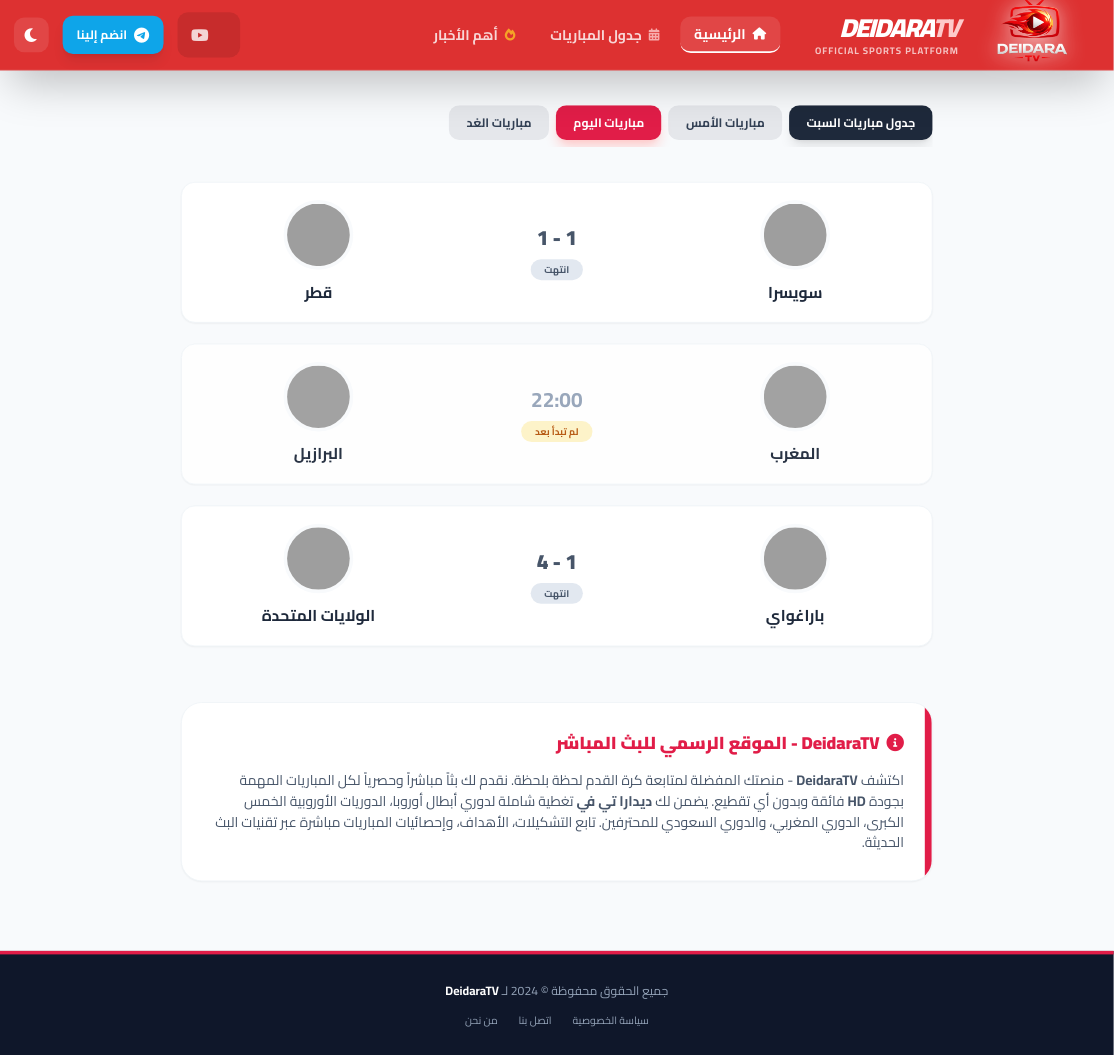
Repository: zakariax05/deidaraTV
Page: index.html
The author's editor kept a copy of each file at every save. The page is drawn from the files as they stood at one save, then again after the next save.
The browser window is 1280 px wide. The pictures show the whole page, at 87% of full size.
Pictures or frames that could not be fetched are drawn as grey boxes. Some web libraries are served in a nearby version.

Above is the page before, as saved 2026-06-14 02:22:12.

### index.html
<!DOCTYPE html>
<html lang="ar" dir="rtl">

<head>
  <meta charset="UTF-8">
  <meta name="viewport" content="width=device-width, initial-scale=1.0">
  <title>DeidaraTV - ديدارا تي في | بث مباشر للمباريات</title>
  <script src="https://cdn.tailwindcss.com"></script>
  <link href="https://cdnjs.cloudflare.com/ajax/libs/font-awesome/6.0.0/css/all.min.css" rel="stylesheet">
  <style>
    @import url('https://fonts.googleapis.com/css2?family=Cairo:wght@400;600;700;900&display=swap');

    body {
      font-family: 'Cairo', sans-serif;
      background-color: #f8fafc;
    }

    .match-card {
      transition: all 0.3s ease;
    }

    .match-card:hover {
      transform: scale(1.01);
      box-shadow: 0 10px 20px -5px rgba(0, 0, 0, 0.1);
    }

    .bg-red-primary {
      background-color: #e11d48;
    }

    .text-red-primary {
      color: #e11d48;
    }

    .border-red-primary {
      border-color: #e11d48;
    }
  </style>
</head>

<body class="text-slate-800">

  <!-- Header / الهيدر -->
  <!-- الهيدر المطور للرئيسية - DeidaraTV -->
  <header
    class="bg-red-600 text-white shadow-2xl sticky top-0 z-[100] backdrop-blur-md bg-opacity-95 border-b border-white/10">
    <div class="container mx-auto px-4">
      <div class="flex justify-between items-center h-16 md:h-20">

        <!-- القسم الأيمن: الشعار والقائمة -->
        <div class="flex items-center gap-6 md:gap-10">
          <!-- اللوجو مع ميزة إعادة التحميل -->
          <div onclick="window.location.reload()"
            class="flex items-center gap-3 cursor-pointer group select-none transition-transform active:scale-95">
            <img src="imgs/logo-deidaratv.png" alt="DeidaraTV Logo"
              class="h-16 md:h-[150px] w-auto object-contain group-hover:brightness-110 transition-all"
              style="filter: drop-shadow(0px 0px 12px rgba(255, 255, 255, 0.9));">
            <div class="flex flex-col">
              <h1 class="text-xl md:text-3xl font-black italic tracking-tighter uppercase leading-none">
                Deidara<span class="text-red-200">TV</span>
              </h1>
              <span class="text-[9px] md:text-[11px] font-bold opacity-70 tracking-widest uppercase">Official
                Sports Platform</span>
            </div>
          </div>

          <!-- الروابط الأساسية (تظهر في الشاشات الكبيرة) -->
          <nav class="hidden lg:flex items-center gap-2">
            <a href="#"
              class="flex items-center gap-2 px-4 py-2 rounded-xl bg-white/10 hover:bg-white/20 transition-all font-bold border-b-2 border-white">
              <i class="fas fa-home text-sm"></i> الرئيسية
            </a>
            <a href="#"
              class="flex items-center gap-2 px-4 py-2 rounded-xl hover:bg-white/10 transition-all font-bold opacity-80 hover:opacity-100">
              <i class="fas fa-calendar-alt text-sm text-red-200"></i> جدول المباريات
            </a>
            <a href="#"
              class="flex items-center gap-2 px-4 py-2 rounded-xl hover:bg-white/10 transition-all font-bold opacity-80 hover:opacity-100">
              <i class="fas fa-fire text-sm text-amber-400"></i> أهم الأخبار
            </a>
          </nav>
        </div>

        <!-- القسم الأيسر: أيقونات التواصل والأدوات -->
        <div class="flex items-center gap-2 md:gap-4">

          <!-- أيقونات التواصل الاجتماعي بتنسيق أرقى -->
          <div class="hidden sm:flex items-center bg-black/10 rounded-xl px-2 py-1 gap-1">
            <a href="#" class="p-2 hover:bg-white/10 rounded-lg transition-colors text-white/80 hover:text-white"
              title="Twitter">
              <i class="fab fa-x-twitter text-lg"></i>
            </a>
            <a href="#" class="p-2 hover:bg-white/10 rounded-lg transition-colors text-white/80 hover:text-white"
              title="YouTube">
              <i class="fab fa-youtube text-lg"></i>
            </a>
          </div>

          <!-- زر تليجرام (مميز بلونه الخاص) -->
          <a href="#"
            class="bg-sky-500 hover:bg-sky-400 text-white p-2 md:px-4 md:py-2 rounded-xl transition-all shadow-lg flex items-center gap-2 font-bold text-sm">
            <i class="fab fa-telegram-plane text-lg"></i>
            <span class="hidden md:inline">انضم إلينا</span>
          </a>

          <!-- زر الوضع الليلي -->
          <button
            class="w-10 h-10 flex items-center justify-center rounded-xl bg-white/10 hover:bg-white/20 transition-colors">
            <i class="fas fa-moon text-lg"></i>
          </button>

          <!-- زر الموبايل -->
          <button class="lg:hidden w-10 h-10 flex items-center justify-center rounded-xl bg-white/10 hover:bg-white/20">
            <i class="fas fa-bars text-xl"></i>
          </button>
        </div>

      </div>
    </div>
  </header>

  <!-- Content / المحتوى الرئيسي -->
  <main class="container mx-auto px-4 max-w-4xl mt-10 pb-20">

    <!-- الأزرار العلوية -->
    <div class="flex flex-wrap justify-start gap-2 mb-10 overflow-x-auto pb-2">
      <button class="px-5 py-2.5 bg-slate-800 text-white rounded-xl text-sm font-bold whitespace-nowrap shadow-lg">جدول
        مباريات السبت</button>
      <button
        class="px-5 py-2.5 bg-gray-200 hover:bg-gray-300 text-slate-700 rounded-xl text-sm font-bold transition whitespace-nowrap">مباريات
        الأمس</button>
      <button
        class="px-5 py-2.5 bg-red-primary text-white rounded-xl text-sm font-bold shadow-lg shadow-red-200 whitespace-nowrap">مباريات
        اليوم</button>
      <button
        class="px-5 py-2.5 bg-gray-200 hover:bg-gray-300 text-slate-700 rounded-xl text-sm font-bold transition whitespace-nowrap">مباريات
        الغد</button>
    </div>

    <!-- قائمة المباريات -->
    <div class="space-y-6">

      <!-- مباراة مباشرة -->
      <div
        class="match-card bg-white rounded-2xl p-5 flex items-center justify-between border border-slate-100 shadow-sm">
        <div class="flex flex-col items-center w-1/3">
          <img src="https://flagcdn.com/w160/ch.png" alt="سويسرا"
            class="w-14 h-14 md:w-20 md:h-20 rounded-full object-cover border-4 border-slate-50 shadow-inner mb-3">
          <span class="font-bold text-sm md:text-lg">سويسرا</span>
        </div>

        <div class="flex flex-col items-center w-1/3">
          <div class="text-2xl font-black text-slate-600 mb-2">1 - 1</div>
          <span class="bg-slate-200 text-slate-600 text-[11px] px-4 py-1 rounded-full font-bold">انتهت</span>
        </div>

        <div class="flex flex-col items-center w-1/3">
          <img src="https://flagcdn.com/w160/qa.png" alt="قطر"
            class="w-14 h-14 md:w-20 md:h-20 rounded-full object-cover border-4 border-slate-50 shadow-inner mb-3">
          <span class="font-bold text-sm md:text-lg">قطر</span>
        </div>
      </div>

      <!-- مباراة المغرب (لم تبدأ) -->
      <!-- قمت بتغيير الـ div الأول إلى a وإضافة الرابط و cursor-pointer -->
      <a href="watching-page.html"
        class="match-card bg-white rounded-2xl p-5 flex items-center justify-between border border-slate-100 shadow-sm opacity-95 cursor-pointer hover:bg-slate-50 transition-all block">

        <!-- الفريق الأول -->
        <div class="flex flex-col items-center w-1/3">
          <img src="https://flagcdn.com/w160/ma.png" alt="المغرب"
            class="w-14 h-14 md:w-20 md:h-20 rounded-full object-cover border-4 border-slate-50 shadow-inner mb-3">
          <span class="font-bold text-sm md:text-lg text-slate-800">المغرب</span>
        </div>

        <!-- توقيت المباراة -->
        <div class="flex flex-col items-center w-1/3">
          <div class="text-2xl font-bold text-slate-400 mb-2">22:00</div>
          <span class="bg-amber-100 text-amber-700 text-[11px] px-4 py-1 rounded-full font-bold">لم تبدأ
            بعد</span>
        </div>

        <!-- الفريق الثاني -->
        <div class="flex flex-col items-center w-1/3">
          <img src="https://flagcdn.com/w160/br.png" alt="البرازيل"
            class="w-14 h-14 md:w-20 md:h-20 rounded-full object-cover border-4 border-slate-50 shadow-inner mb-3">
          <span class="font-bold text-sm md:text-lg text-slate-800">البرازيل</span>
        </div>
      </a>

      <!-- مباراة منتهية -->
      <div
        class="match-card bg-white rounded-2xl p-5 flex items-center justify-between border border-slate-100 shadow-sm bg-slate-50/50">
        <div class="flex flex-col items-center w-1/3">
          <img src="https://flagcdn.com/w160/py.png" alt="باراغواي"
            class="w-14 h-14 md:w-20 md:h-20 rounded-full object-cover border-4 border-slate-50 shadow-inner mb-3">
          <span class="font-bold text-sm md:text-lg">باراغواي</span>
        </div>

        <div class="flex flex-col items-center w-1/3">
          <div class="text-2xl font-black text-slate-600 mb-2">1 - 4</div>
          <span class="bg-slate-200 text-slate-600 text-[11px] px-4 py-1 rounded-full font-bold">انتهت</span>
        </div>

        <div class="flex flex-col items-center w-1/3">
          <img src="https://flagcdn.com/w160/us.png" alt="الولايات المتحدة"
            class="w-14 h-14 md:w-20 md:h-20 rounded-full object-cover border-4 border-slate-50 shadow-inner mb-3">
          <span class="font-bold text-sm md:text-lg">الولايات المتحدة</span>
        </div>
      </div>

    </div>

    <!-- SEO / قسم المعلومات -->
    <section
      class="mt-16 bg-white rounded-3xl p-8 border border-slate-100 shadow-sm leading-relaxed relative overflow-hidden">
      <div class="absolute top-0 right-0 w-2 h-full bg-red-primary"></div>
      <h2 class="text-red-primary font-black text-xl mb-4 flex items-center gap-2">
        <i class="fas fa-info-circle"></i> DeidaraTV - الموقع الرسمي للبث المباشر
      </h2>
      <p class="text-slate-600 text-sm md:text-base leading-8">
        اكتشف <strong>DeidaraTV</strong> - منصتك المفضلة لمتابعة كرة القدم لحظة بلحظة. نقدم لك بثاً مباشراً
        وحصرياً لكل المباريات المهمة بجودة <strong>HD</strong> فائقة وبدون أي تقطيع. يضمن لك <strong>ديدارا تي
          في</strong> تغطية شاملة لدوري أبطال أوروبا، الدوريات الأوروبية الخمس الكبرى، الدوري المغربي، والدوري
        السعودي للمحترفين. تابع التشكيلات، الأهداف، وإحصائيات المباريات مباشرة عبر تقنيات البث الحديثة.
      </p>
    </section>

  </main>

  <!-- Footer / الفوتر -->
  <footer class="bg-slate-900 text-slate-400 py-8 text-center border-t-4 border-red-primary">
    <div class="container mx-auto px-4">
      <p class="text-sm">جميع الحقوق محفوظة &copy; 2024 لـ <span class="text-white font-bold">DeidaraTV</span></p>
      <div class="flex justify-center gap-6 mt-4 text-xs">
        <a href="#" class="hover:text-white">سياسة الخصوصية</a>
        <a href="#" class="hover:text-white">اتصل بنا</a>
        <a href="#" class="hover:text-white">من نحن</a>
      </div>
    </div>
  </footer>

</body>

</html>

After the next save:
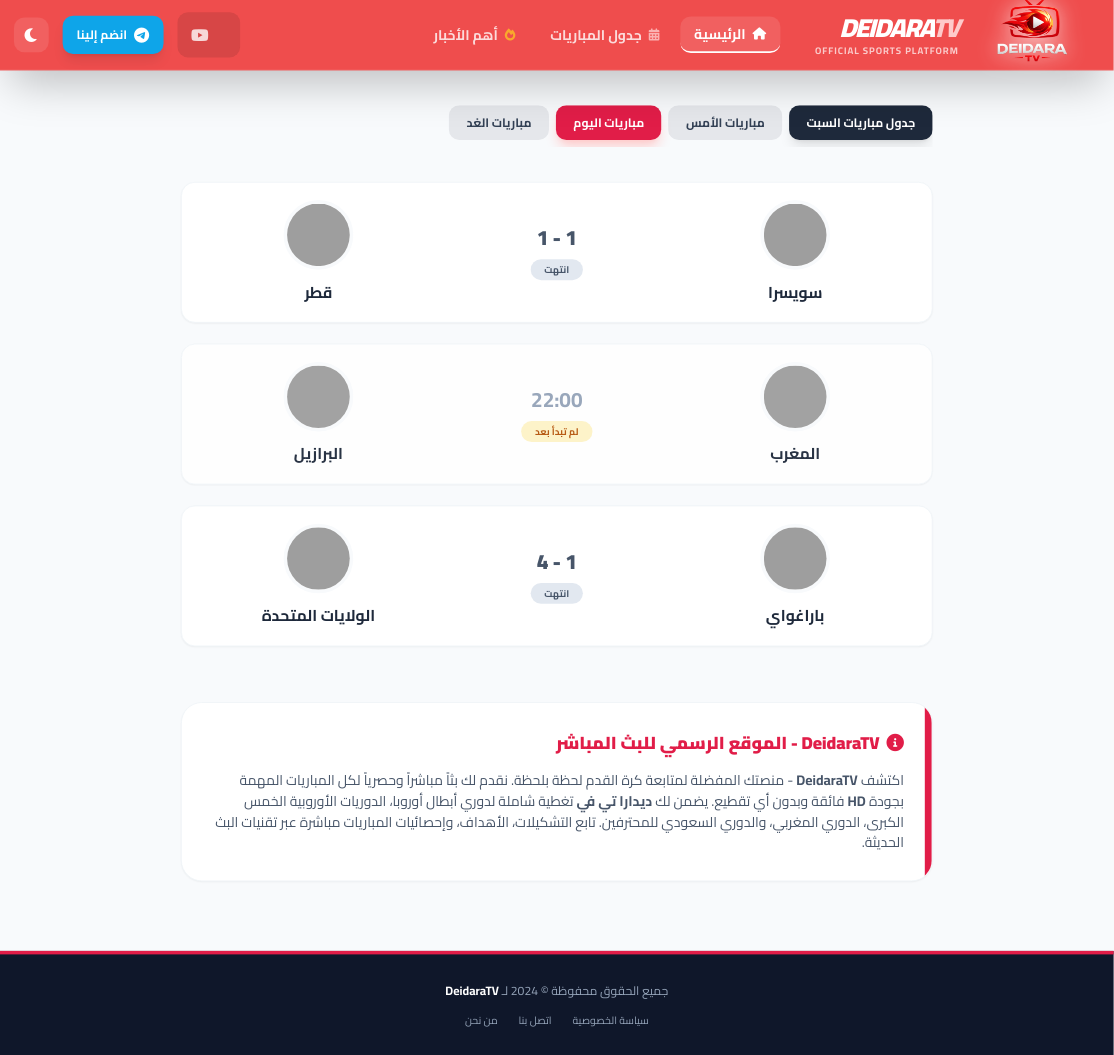
Saved 62 s later.
--- a/index.html
+++ b/index.html
@@ -43,7 +43,7 @@
   <!-- Header / الهيدر -->
   <!-- الهيدر المطور للرئيسية - DeidaraTV -->
   <header
-    class="bg-red-600 text-white shadow-2xl sticky top-0 z-[100] backdrop-blur-md bg-opacity-95 border-b border-white/10">
+    class="bg-red-500 text-white shadow-2xl sticky top-0 z-[100] backdrop-blur-md bg-opacity-95 border-b border-white/10">
     <div class="container mx-auto px-4">
       <div class="flex justify-between items-center h-16 md:h-20">
 
